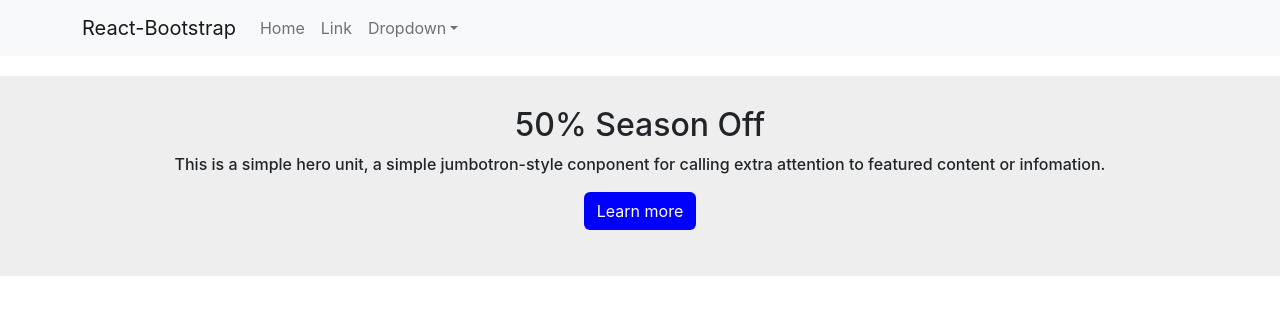
Repository: sonchangdo/mokdong
Page: / (app in shop/)
The author's editor kept a copy of each file at every save. The page is drawn from the files as they stood at one save, then again after the next save.
The browser window is 1280 px wide. The pictures show the whole page.
The project was rebuilt for these pictures with package versions that can differ from the ones it lists, and the page was loaded fresh each time.

Above is the page before, as saved 2022-01-10 12:29:15.

After the next save:
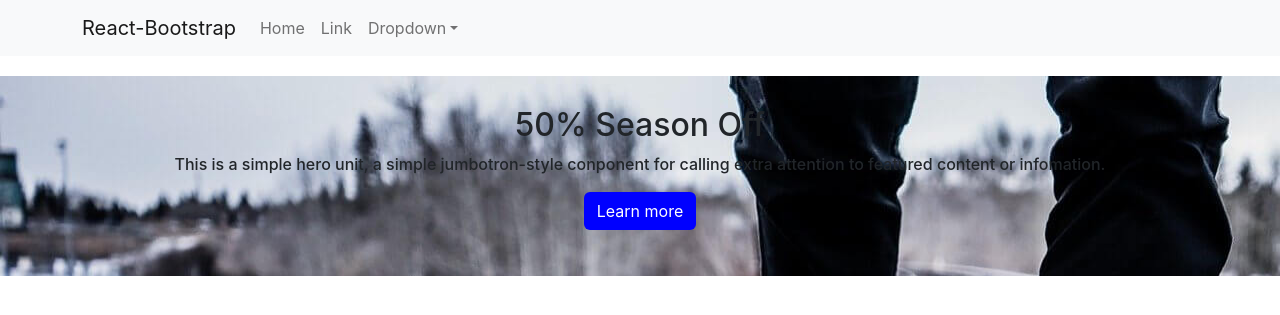
Saved 2 min 11 s later.
--- a/shop/src/App.css
+++ b/shop/src/App.css
@@ -31,7 +31,7 @@
 }
 
 .background{
-  background-image: url('');
+  background-image: url('./background.jpeg');
 }
 
 @media (prefers-reduced-motion: no-preference) {
